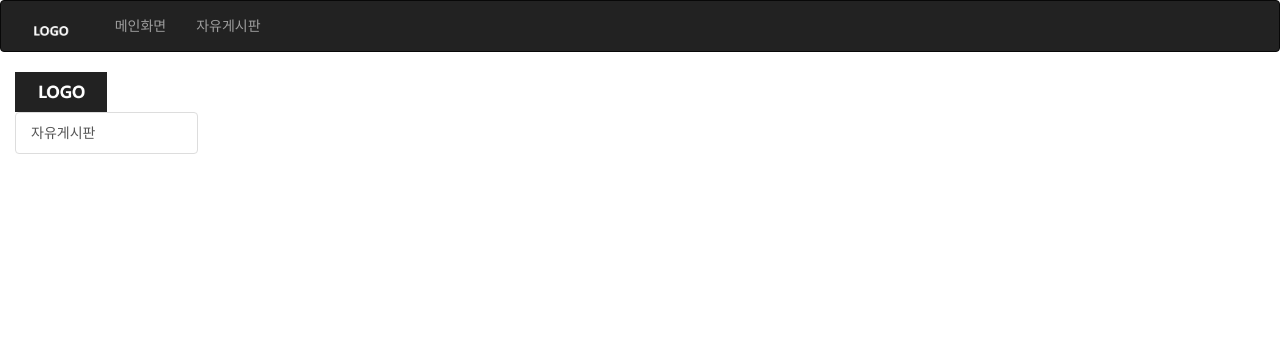
Repository: bhj305/JSP_Bulletin_Board
Page: http://localhost/BulletinBoard/14MVCBoard/Default.jsp
The author's editor kept a copy of each file at every save. The page is drawn from the files as they stood at one save, then again after the next save.
The browser window is 1280 px wide. The pictures show the whole page.
The page is served by Tomcat 10.

Above is the page before, as saved 2025-05-17 03:57:25.

After the next save:
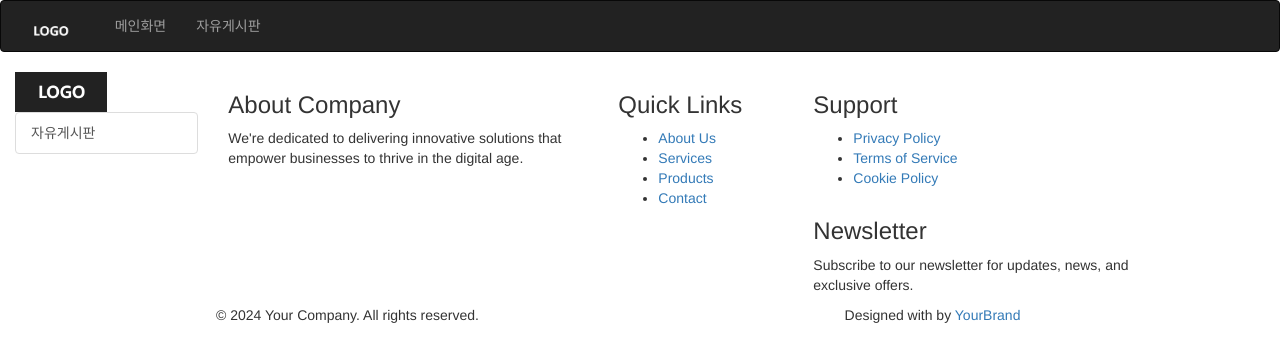
Saved 38 s later.
--- a/BulletinBoard/src/main/webapp/14MVCBoard/Default.jsp
+++ b/BulletinBoard/src/main/webapp/14MVCBoard/Default.jsp
@@ -14,5 +14,60 @@
                 <a class="list-group-item list-group-item-action " href="../mvcboard/list.do">자유게시판</a><!-- active 생략 -->
             </div>
         </div>
+        <footer class="footer pt-5">
+            <div class="container">
+                <div class="row g-4">
+                    <!-- Company Info -->
+                    <div class="col-lg-4 col-md-6">
+                        <h3 class="footer-title">About Company</h3>
+                        <p class="mb-4">We're dedicated to delivering innovative solutions that empower businesses to thrive in the digital age.</p>
+                        <div class="social-links mb-4">
+                            <a href="#"></a>
+                            <a href="#"></a>
+                            <a href="#"></a>
+                            <a href="#"></a>
+                            <a href="#"></a>
+                        </div>
+                    </div>
+                    <!-- Quick Links -->
+                    <div class="col-lg-2 col-md-6">
+                        <h3 class="footer-title">Quick Links</h3>
+                        <ul class="footer-links">
+                            <li><a href="#">About Us</a></li>
+                            <li><a href="#">Services</a></li>
+                            <li><a href="#">Products</a></li>
+                            <li><a href="#">Contact</a></li>
+                        </ul>
+                    </div>
+                    <!-- Support -->
+                    <div class="col-lg-2 col-md-6">
+                        <h3 class="footer-title">Support</h3>
+                        <ul class="footer-links">
+                            <li><a href="#">Privacy Policy</a></li>
+                            <li><a href="#">Terms of Service</a></li>
+                            <li><a href="#">Cookie Policy</a></li>
+                        </ul>
+                    </div>
+                    <!-- Newsletter -->
+                    <div class="col-lg-4 col-md-6">
+                        <h3 class="footer-title">Newsletter</h3>
+                        <p class= "mb-4">Subscribe to our newsletter for updates, news, and exclusive offers.</p>
+                    </div>
+                </div>
+            </div>
+             <!-- Footer Bottom -->
+            <div class="footer-bottom mt-5">
+                <div class="container">
+                    <div class="row py-3">
+                        <div class="col-md-6 text-center text-md-start">
+                            <p class="mb-0">&copy; 2024 Your Company. All rights reserved.</p>
+                        </div>
+                        <div class="col-md-6 text-center text-md-end">
+                            <p class="mb-0">Designed with by <a href="#">YourBrand</a></p>
+                        </div>
+                    </div>
+                </div>
+            </div>
+        </footer>
 	</body>
 </html>

After the save that followed:
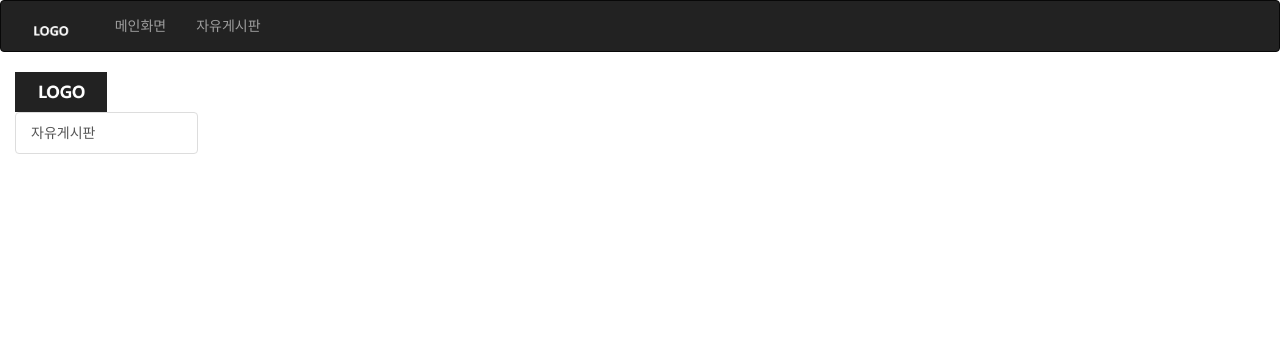
Saved 35 s later.
--- a/BulletinBoard/src/main/webapp/14MVCBoard/Default.jsp
+++ b/BulletinBoard/src/main/webapp/14MVCBoard/Default.jsp
@@ -14,60 +14,5 @@
                 <a class="list-group-item list-group-item-action " href="../mvcboard/list.do">자유게시판</a><!-- active 생략 -->
             </div>
         </div>
-        <footer class="footer pt-5">
-            <div class="container">
-                <div class="row g-4">
-                    <!-- Company Info -->
-                    <div class="col-lg-4 col-md-6">
-                        <h3 class="footer-title">About Company</h3>
-                        <p class="mb-4">We're dedicated to delivering innovative solutions that empower businesses to thrive in the digital age.</p>
-                        <div class="social-links mb-4">
-                            <a href="#"></a>
-                            <a href="#"></a>
-                            <a href="#"></a>
-                            <a href="#"></a>
-                            <a href="#"></a>
-                        </div>
-                    </div>
-                    <!-- Quick Links -->
-                    <div class="col-lg-2 col-md-6">
-                        <h3 class="footer-title">Quick Links</h3>
-                        <ul class="footer-links">
-                            <li><a href="#">About Us</a></li>
-                            <li><a href="#">Services</a></li>
-                            <li><a href="#">Products</a></li>
-                            <li><a href="#">Contact</a></li>
-                        </ul>
-                    </div>
-                    <!-- Support -->
-                    <div class="col-lg-2 col-md-6">
-                        <h3 class="footer-title">Support</h3>
-                        <ul class="footer-links">
-                            <li><a href="#">Privacy Policy</a></li>
-                            <li><a href="#">Terms of Service</a></li>
-                            <li><a href="#">Cookie Policy</a></li>
-                        </ul>
-                    </div>
-                    <!-- Newsletter -->
-                    <div class="col-lg-4 col-md-6">
-                        <h3 class="footer-title">Newsletter</h3>
-                        <p class= "mb-4">Subscribe to our newsletter for updates, news, and exclusive offers.</p>
-                    </div>
-                </div>
-            </div>
-             <!-- Footer Bottom -->
-            <div class="footer-bottom mt-5">
-                <div class="container">
-                    <div class="row py-3">
-                        <div class="col-md-6 text-center text-md-start">
-                            <p class="mb-0">&copy; 2024 Your Company. All rights reserved.</p>
-                        </div>
-                        <div class="col-md-6 text-center text-md-end">
-                            <p class="mb-0">Designed with by <a href="#">YourBrand</a></p>
-                        </div>
-                    </div>
-                </div>
-            </div>
-        </footer>
 	</body>
 </html>
